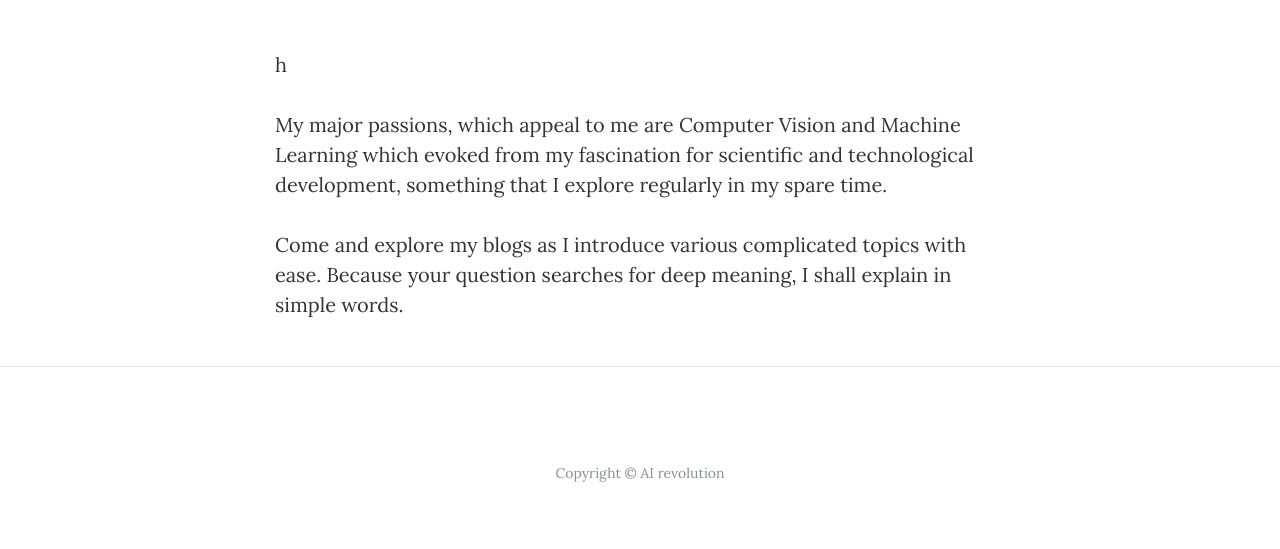
Repository: wahibkhannn/WriteWise-AI_blogging
Page: http://localhost/about
An editor plug-in stored every save of this project. The page is shown before and after the next save, followed by the edit.
The browser window is 1280 px wide. The pictures show the part of the page from y = 524 to 1079 px (the page is 1073 px tall before and 1079 px after).
Some web fonts or font styles are not loaded; a fallback is used. The page is served by the project's application, run on Flask 3 (app.py).

Above is the page before, as saved 2025-07-01 14:00:01.

After the next save:
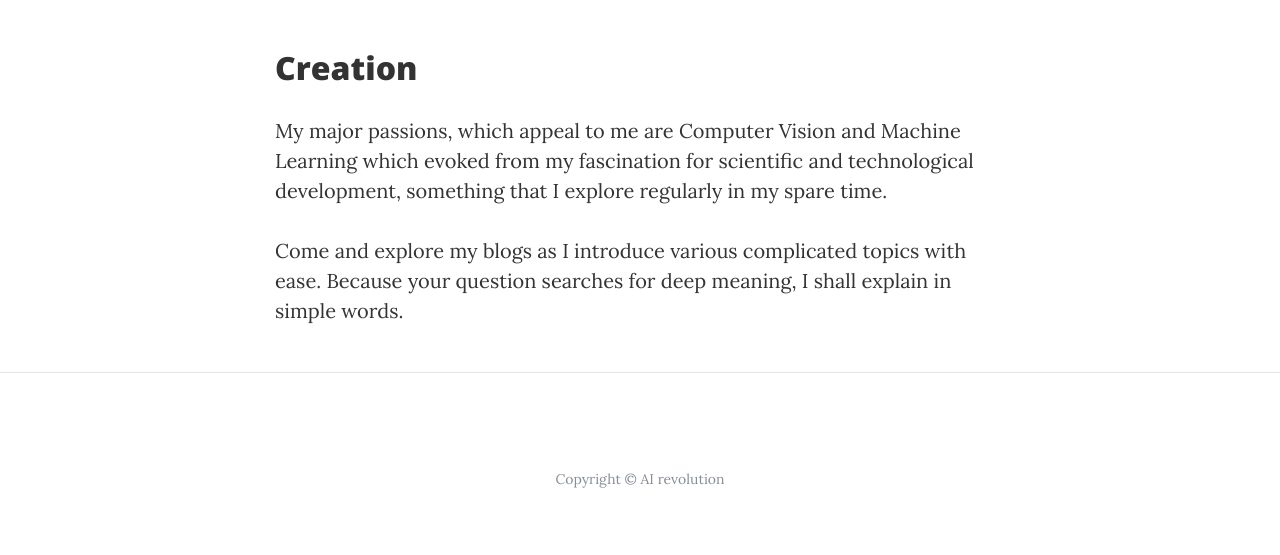
Saved 4 s later.
--- a/templates/about.html
+++ b/templates/about.html
@@ -65,7 +65,7 @@
     <div class="container">
       <div class="row">
         <div class="col-lg-8 col-md-10 mx-auto">
-          h
+          <h2>Creation</h2>
           <p></p>
           <p>My major passions, which appeal to me are Computer Vision and Machine Learning which evoked from my fascination for scientific and technological development, something that I explore regularly in my spare time.</p>
           <p>Come and explore my blogs as I introduce various complicated topics with ease. Because your question searches for deep meaning, I shall explain in simple words.</p>
